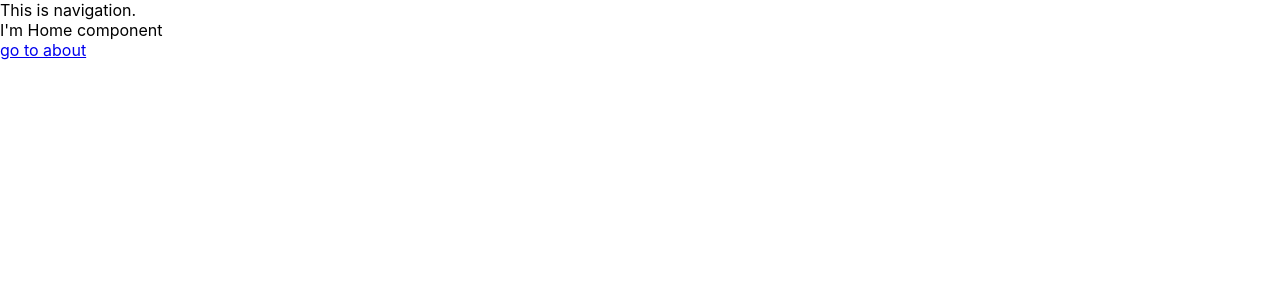
Repository: codest00001/cra-app_reactstudy
Page: /
An editor plug-in stored every save of this project. The page is shown before and after the next save, followed by the edit.
The browser window is 1280 px wide. The pictures show the whole page.
The project was rebuilt for these pictures with package versions that can differ from the ones it lists, and the page was loaded fresh each time. Also part of the build but not shown: src/pages/About.js, src/pages/TodoLists.js.

Above is the page before, as saved 2024-09-11 10:45:36.

After the next save:
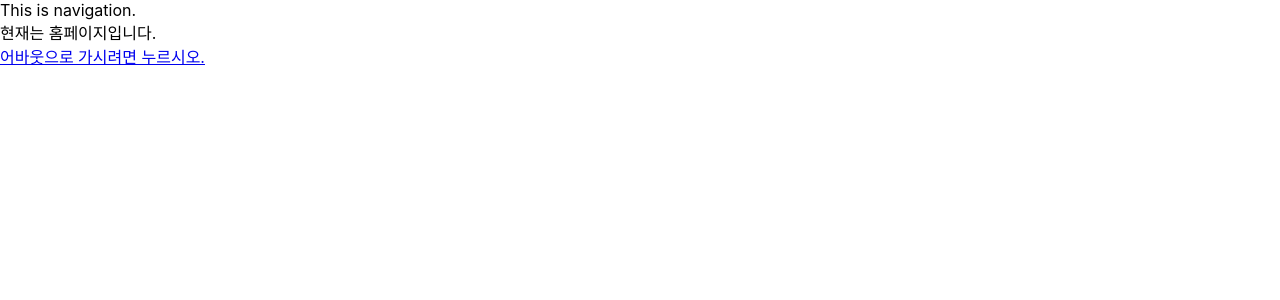
Saved 31 s later.
--- a/src/pages/Home.js
+++ b/src/pages/Home.js
@@ -18,8 +18,8 @@ import {Link} from 'react-router-dom'
 const Home = () => {
     return (
         <>
-        I'm Home component <br/>
-        <Link to="/about">go to about</Link>
+        현재는 홈페이지입니다. <br/>
+        <Link to="/about">어바웃으로 가시려면 누르시오.</Link>
         </>
     )
 }
